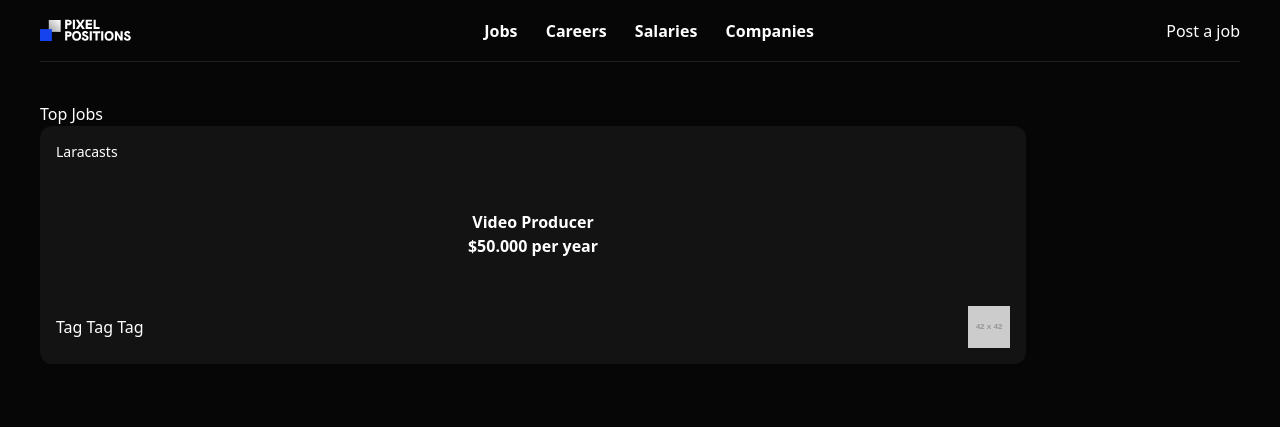
Repository: aggepap/pixel-positions-laravel
Page: http://localhost/
An editor plug-in stored every save of this project. The page is shown before and after the next save, followed by the edit.
The browser window is 1280 px wide. The pictures show the whole page.
The page is served by the project's Laravel application, run on PHP 8.4 with Laravel 12. Style sheets and scripts are compiled from the project's sources, by tool versions that may differ from the author's.

Above is the page before, as saved 2025-02-21 20:37:15.

After the next save:
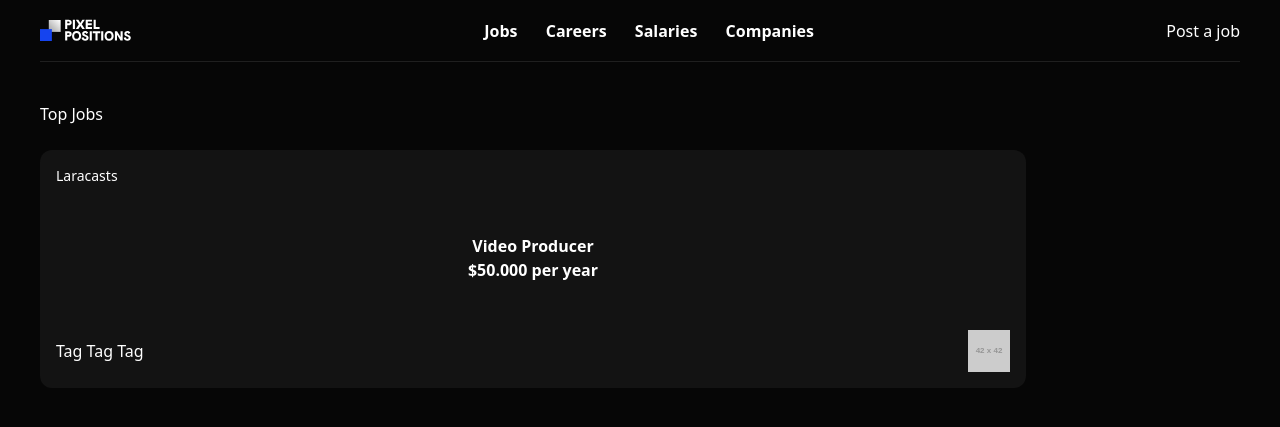
Saved 16 s later.
--- a/resources/views/welcome.blade.php
+++ b/resources/views/welcome.blade.php
@@ -1,6 +1,6 @@
 <x-layout>
     <section>
-        <h3>Top Jobs</h3>
+        <h3 class="mb-6">Top Jobs</h3>
         <div class=" p-4 bg-white/5 rounded-xl flex flex-col gap-4 text-center">
 
                 <div class="self-start text-sm">Laracasts</div>
